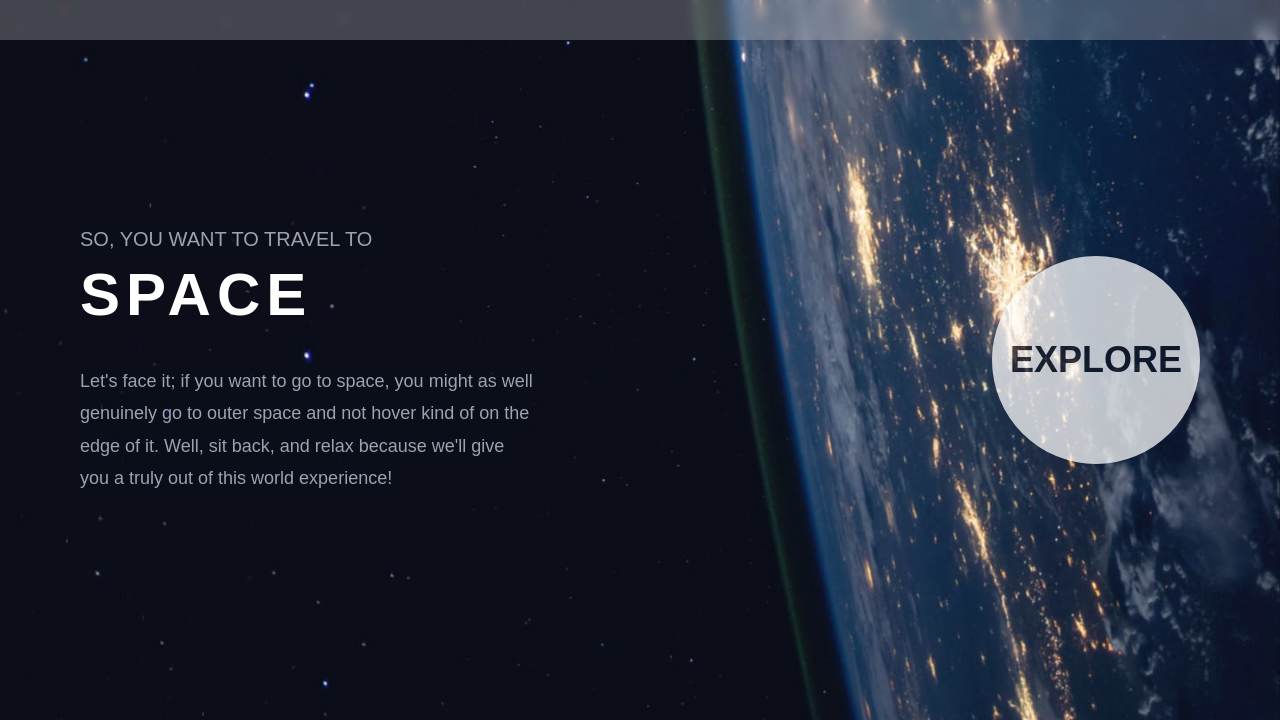
Repository: OmniaRafat232111121/Space-Toursim
Page: /
An editor plug-in stored every save of this project. The page is shown before and after a run of saves, followed by the edit.
The browser window is 1280 px wide. The pictures show the whole page.
Some web fonts or font styles are not loaded; a fallback is used. The project was rebuilt for these pictures with package versions that can differ from the ones it lists, and the page was loaded fresh each time. Also part of the build but not shown: src/components/Destination.js, src/components/Crew.js, src/components/Technology.js, src/components/Error.js.

Above is the page before, as saved 2022-08-09 15:06:04.

After the next 34 saves:
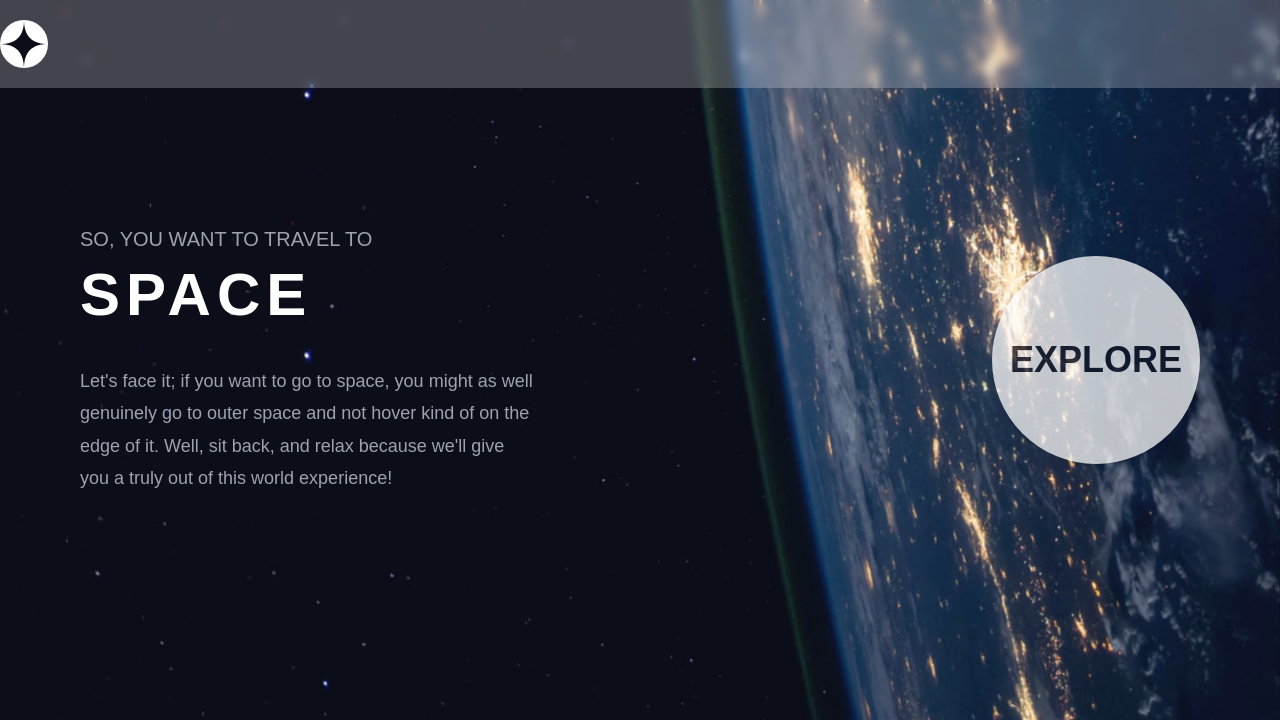
The 34 saves are shown as one change because 1 did not build or start and some came seconds apart.
The last was saved 61 s later.
--- a/src/components/Header.js
+++ b/src/components/Header.js
@@ -1,10 +1,16 @@
 import React from 'react'
-
+import { NavLink } from "react-router-dom"
+import { FiMenu } from "react-icons/fi"
+import logo from "../starter-code/assets/shared/logo.svg"
 const Header = () => {
   return (
     <>
     <header className="header d-flex align-items-center justify-betwen">
     <div className="py-5">
+    <NavLink to="/">
+    <img src={logo} alt="space"/>
+
+    </NavLink>
     </div>
     </header>
     </>
